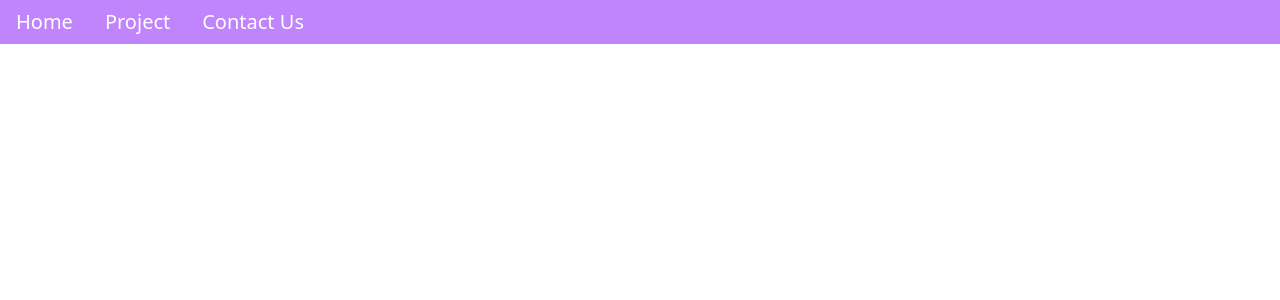
Repository: ashut6138/RozarpayClone
Page: Desktop/RozarpayClone/index.html
An editor plug-in stored every save of this project. The page is shown before and after the next save, followed by the edit.
The browser window is 1280 px wide. The pictures show the whole page.
Some web libraries are served in a nearby version.

Above is the page before, as saved 2025-01-21 23:16:43.

After the next save:
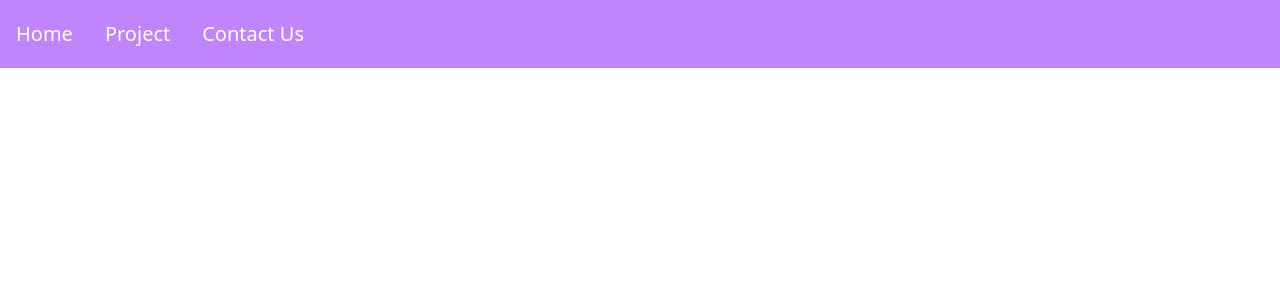
Saved 8 s later.
--- a/Desktop/RozarpayClone/index.html
+++ b/Desktop/RozarpayClone/index.html
@@ -9,7 +9,7 @@
 </head>
 <body>
     <nav>
-        <ul class="py-2 bg-purple-400 flex">
+        <ul class="py-5 bg-purple-400 flex">
             <li class="mx-4 text-white text-xl">Home</li>
             <li class="mx-4 text-white text-xl">Project</li>
             <li class="mx-4 text-white text-xl">Contact Us</li>
